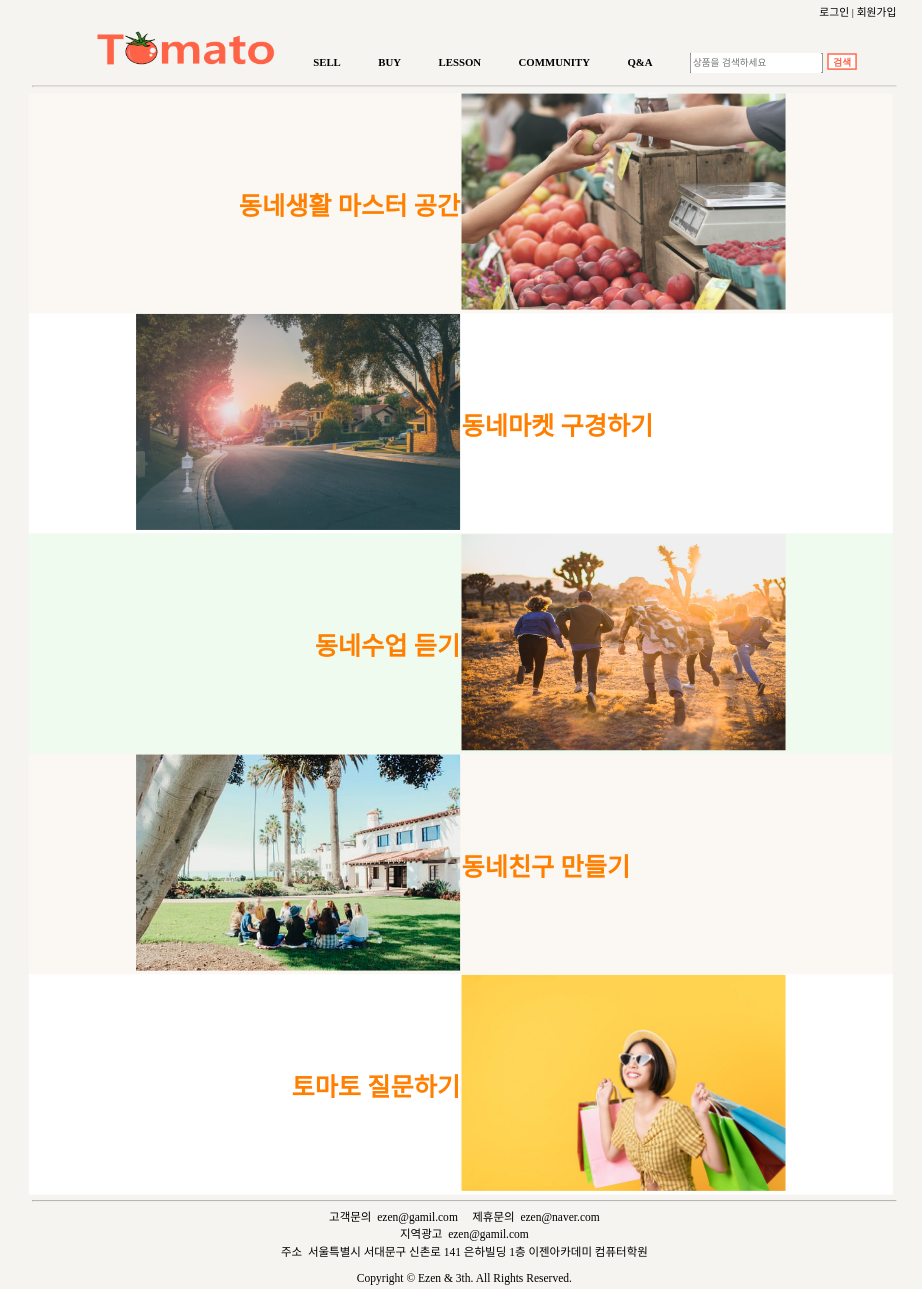
Repository: javadogfoot/semi-project
Page: http://localhost/tomato/indextest.jsp
The author's editor kept a copy of each file at every save. The page is drawn from the files as they stood at one save, then again after the next save.
The browser window is 1280 px wide. The pictures show the whole page, at 72% of full size.
The page is served by Tomcat 9. Other server files are loaded and not shown.

Above is the page before, as saved 2021-10-19 16:33:00.

### semi프로젝트워크스페이스/tomato/src/main/webapp/indextest.jsp
<%@ page language="java" contentType="text/html; charset=UTF-8"
    pageEncoding="UTF-8"%>
<!DOCTYPE html>
<html>
<head>
<meta charset="UTF-8">
<title>Tomato</title>
<link rel="stylesheet" type="text/css" href="/tomato/css/mainLayout.css">
<style>
.background-color1{
	background-color: #FBF7F2;
}
.background-color2{
	background-color: white
}
.background-color3{
	background-color: #EFFBEF;
}
.textright{
	text-align: right;
}
.textcenter{
	text-align: center;
}
table {
	width: 1200px;
	margin: 0px auto;
	border-collapse: collapse;
}
span {
	font-size: 35px;
	color: #FF8000;
	font-weight: bold;
}
</style>
</head>
<body>
<%@include file="/header.jsp" %>
<table>
	<tr class="background-color1">
		<td class="textright"><span>동네생활 마스터 공간</span></td>
		<td><img src="img/과일거래.jpg" alt="메인 상단 이미지1" width="450" height="300"></td>
	</tr>
	<tr class="background-color2">
		<td class="textright"><img src="img/동네.jpg" alt="메인 상단 이미지1" width="450" height="300"></td>
		<td><span>동네마켓 구경하기</span></td>
	</tr>
	<tr class="background-color3">
		<td class="textright"><span>동네수업 듣기</span></td>
		<td><img src="img/동네친구.jpeg" alt="메인 상단 이미지1" width="450" height="300"></td>
	</tr>
	<tr class="background-color1">
		<td class="textright"><img src="img/레슨.jpg" alt="메인 상단 이미지1" width="450" height="300"></td>
		<td><span>동네친구 만들기</span></td>
	</tr>
	<tr class="background-color2">
		<td class="textright"><span>토마토 질문하기</span></td>
		<td><img src="img/쇼핑.jpg" alt="메인 상단 이미지1" width="450" height="300"></td>
	</tr>
</table>
<%@include file="/footer.jsp" %>
</body>
</html>

### semi프로젝트워크스페이스/tomato/src/main/webapp/header.jsp
<%@ page language="java" contentType="text/html; charset=UTF-8"
    pageEncoding="UTF-8"%>
<!DOCTYPE html>
<html>
<head>
<meta charset="UTF-8">
<title>Insert title here</title>
<style>

#btn1{
   background-color: white;
   color: tomato;
   font-weight: bold;
   height:23px;
   border: none;
   margin:2px;
   border: 2px solid tomato;
}
#btn1:hovertn1{
   background-color: tomato;
   color: white;
   font-weight: bold;
   height:23px;
   border: none;
   margin:2px;
   border: 2px solid tomato;
}
</style>
</head>
<body>
<header>
<%
String m_id=(String)session.getAttribute("m_id");
String m_name=(String)session.getAttribute("m_name");
if(m_id==null){
   %>
   <div>
   <a href="/tomato/member/login.jsp">로그인</a> | <a href="/tomato/member/join.jsp">회원가입</a>
   </div>
   <%
}else{
      %>
   <div>
   <%
   if(m_id.equals("admin")){
      %>
      <a href="/tomato/admin/memberList_admin.jsp"><%=m_name %>님 마이페이지</a> |
      <%
   }else{
      %>
      <a href="/tomato/member/mypage.jsp"><%=m_name %>님 마이페이지</a> |
      <%
   }
   %>
   <a href="/tomato/member/logout.jsp">로그아웃</a>
   </div>
   <%
}
%>
<nav>
<ul>
   <li><h1><a href="/tomato/index.jsp"><img src="/tomato/img/토마토_메인로고.png" alt="메인로고" height="50px" width="250px"></a></h1></li>
   <li><h2><a href="/tomato/sell/sell.jsp">SELL</a></h2></li>
   <li><h2><a href="/tomato/buy/buyList.jsp?col=s_idx&range=desc">BUY</a></h2></li>
   <li><h2><a href="/tomato/lesson/lessonList.jsp">LESSON</a></h2></li>
   <li><h2><a href="/tomato/community/community.jsp">COMMUNITY</a></h2></li>
   <li><h2><a href="/tomato/qna/qnaList.jsp">Q&A</a></h2></li>
   <li>
		<form name="headerSearch" action="/tomato/buy/headerBuySearch.jsp" style="display: inline;">
			<input type="text" name="searchValue" placeholder="상품을 검색하세요">
			<input type="submit" value="검색" id="btn1">
		</form>
	</li>
</ul>
</nav>
<hr/>
</header>
</body>
</html>

### semi프로젝트워크스페이스/tomato/src/main/webapp/footer.jsp
<%@ page language="java" contentType="text/html; charset=UTF-8"
    pageEncoding="UTF-8"%>
<!DOCTYPE html>
<html>
<head>
<meta charset="UTF-8">
<title>Insert title here</title>
</head>
<body>
<footer>
<hr/>
<div>
고객문의&nbsp;&nbsp;ezen@gamil.com &nbsp;&nbsp;&nbsp;&nbsp;제휴문의&nbsp;&nbsp;ezen@naver.com
<br/>
지역광고&nbsp;&nbsp;ezen@gamil.com
<br/>
주소&nbsp;&nbsp;서울특별시 서대문구 신촌로 141 은하빌딩 1층 이젠아카데미 컴퓨터학원
</div>
<br/>
<div>Copyright &copy; Ezen & 3th. All Rights Reserved.</div>
</footer>
</body>
</html>

### semi프로젝트워크스페이스/tomato/src/main/webapp/css/mainLayout.css
@charset "UTF-8";
body{
   background-color: #f5f4f0;
   margin: 5px auto;
   width: 1200px;
}
header{
   width: 1200px;
   margin: 5px;
}
header div{
   text-align: right;
   font-size: 15px;
}
header div a{
   color: black;
   text-decoration: none;
}
header div a:hover{
   color: black;
   text-decoration: underline;
}
h1{
   font-size: 45px;
   color: tomato;
   display: inline;
}
h1 a{
   text-decoration: none;
   color: tomato;
}
h2{
   color: black;
   display: inline;
   font-size: 15px;
}
h2 a{
   text-decoration: none;
   color: black;
}
header nav li{
   list-style-type: none;
   display: inline;
   color: black;
   margin-left: 48px;
}
header input{

   height: 23px;
}
section{
   width: 1200px;
}
footer{
   width: 1200px;
   clear: both;
   margin: 5px;
   text-align: center;
}

After the next save:
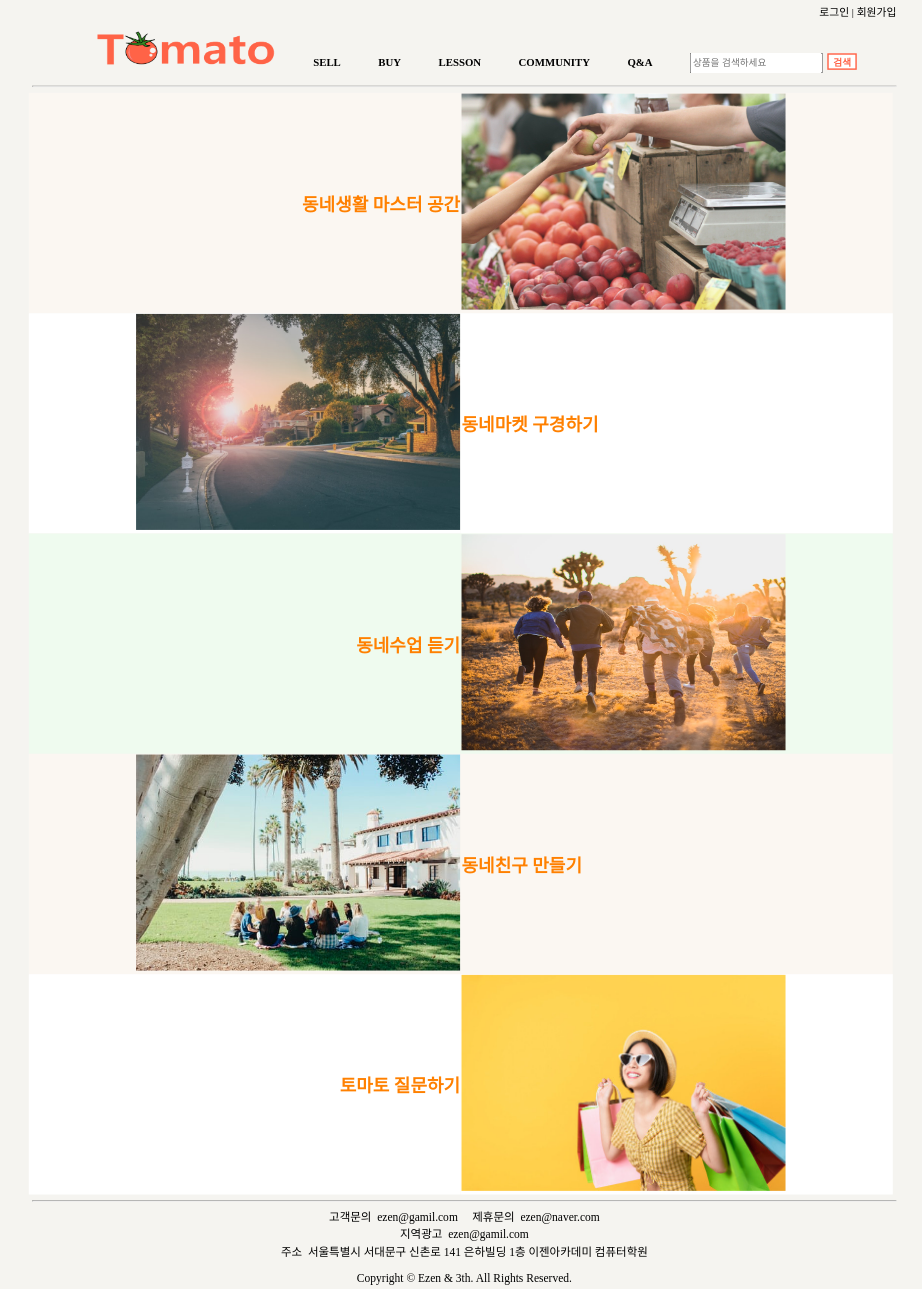
Saved 24 s later.
--- a/semi프로젝트워크스페이스/tomato/src/main/webapp/indextest.jsp
+++ b/semi프로젝트워크스페이스/tomato/src/main/webapp/indextest.jsp
@@ -28,7 +28,7 @@
 	border-collapse: collapse;
 }
 span {
-	font-size: 35px;
+	font-size: 25px;
 	color: #FF8000;
 	font-weight: bold;
 }

After the save that followed:
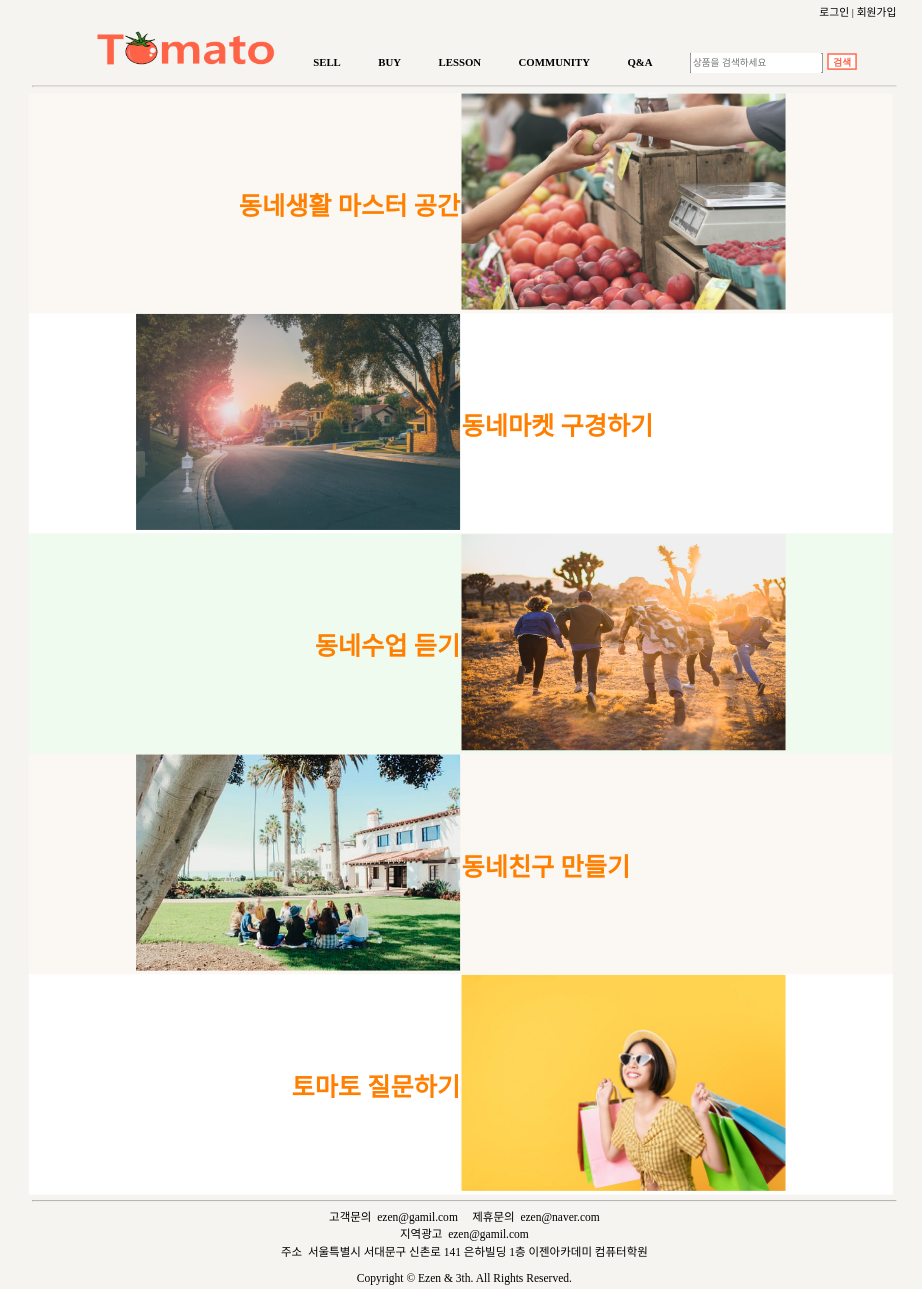
Saved 5 min 18 s later.
--- a/semi프로젝트워크스페이스/tomato/src/main/webapp/indextest.jsp
+++ b/semi프로젝트워크스페이스/tomato/src/main/webapp/indextest.jsp
@@ -28,7 +28,7 @@
 	border-collapse: collapse;
 }
 span {
-	font-size: 25px;
+	font-size: 35px;
 	color: #FF8000;
 	font-weight: bold;
 }
